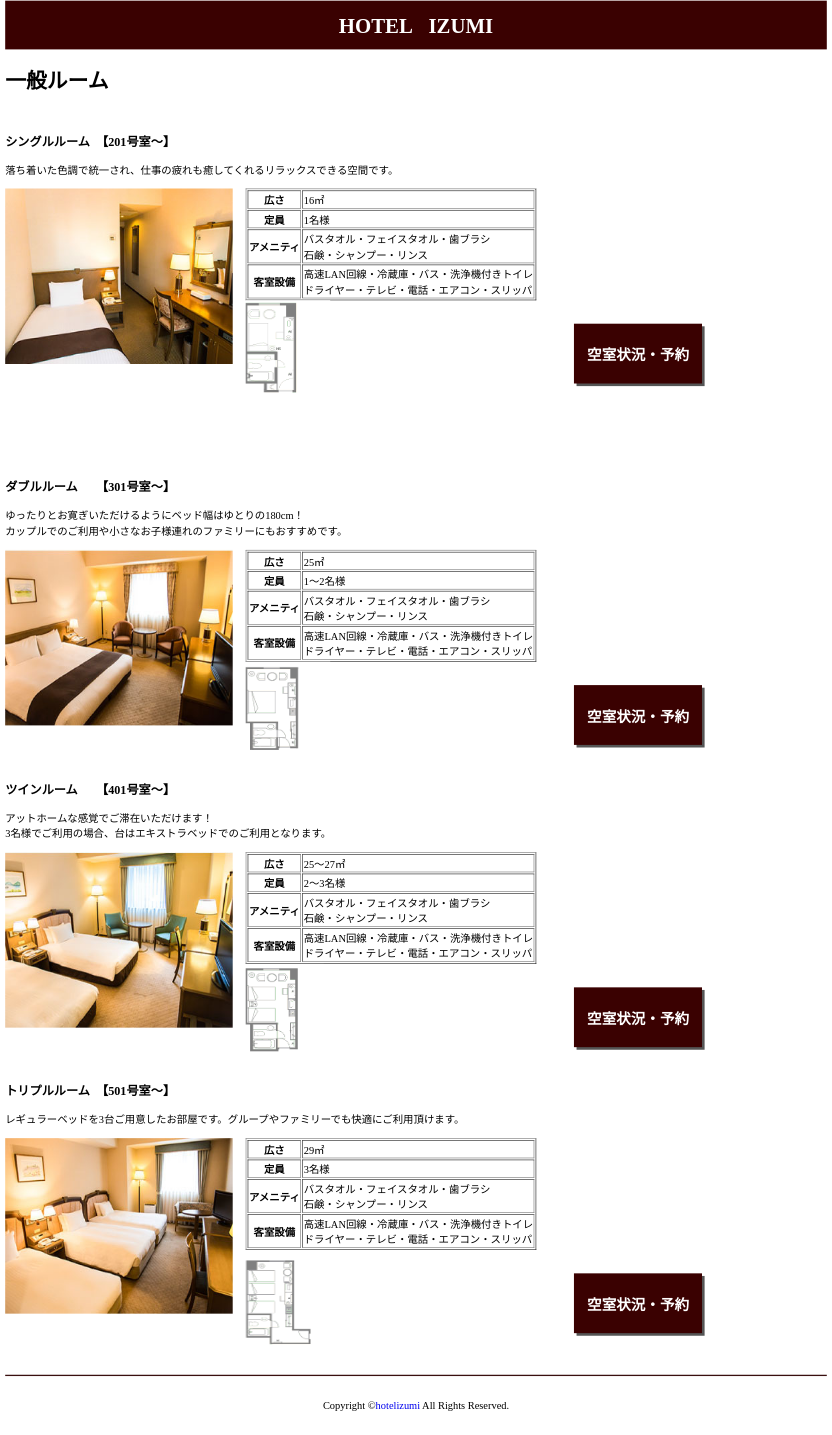
Repository: sep-dev/hotel_site
Page: http://localhost/HOTEL_IZUMI/general
These files come from the project's save history. The page is drawn as it stood at one moment and after the next save; the edit follows.
The browser window is 1280 px wide. The pictures show the whole page, at 65% of full size.
The page is served by Tomcat 9. Other server files are loaded and not shown.

Above is the page before, as saved 2016-05-25 06:16:06.

### HOTEL_IZUMI/src/main/webapp/WEB-INF/views/general.jsp
<!DOCTYPE html>
<%@ page language="java" contentType="text/html; charset=UTF-8" pageEncoding="UTF-8"%>
<%@ taglib prefix="form" uri="http://www.springframework.org/tags/form" %>
<!--  http://www.aspen-hotel.co.jp/room/ を参考   -->
<html>
  <head>
    <meta http-equiv="Content-Type" content="text/html; charset=Shift_JIS">
    <title>客室のご案内</title>
    <style type="text/css">
      div.example img {
        margin: 0px 20px 0px 0px;
      }
      <%@include file="../css/style.css" %>
    </style>
  </head>
  <body>
   <form>
    <div id="header">
      <div id="header h1"><h1><a HREF="http://localhost:8080/Izumi/top" STYLE="text-decoration:none"><font color="#FFFFFF">HOTEL&nbsp;&nbsp;&nbsp;IZUMI</font></a></h1></div>
    </div>


      <h1>一般ルーム</h1><br>
      <h3>シングルルーム　【201号室～】</h3>
      落ち着いた色調で統一され、仕事の疲れも癒してくれるリラックスできる空間です。<br><br>
      <div class="example">
        <img src="./resources/picture/ph01.jpg" alt="サンプル図" width="350" height="270"  align="left" >
      </div>
      <table border="1" >
        <tr>
          <th>広さ</th>
          <td>16㎡</td>
        </tr>
        <tr>
          <th>定員</th>
          <td>1名様</td>
        </tr>
        <tr>
          <th rowspan="2">アメニティ</th>
          <td rowspan="2">バスタオル・フェイスタオル・歯ブラシ<br>石鹸・シャンプー・リンス</td>
        </tr>
        <tr>
        </tr>
        <tr>
          <th rowspan="2">客室設備</th>
          <td rowspan="2">高速LAN回線・冷蔵庫・バス・洗浄機付きトイレ<br>ドライヤー・テレビ・電話・エアコン・スリッパ</td>
        </tr>
        <tr>
        </tr>
      </table>

      <img src="./resources/picture/ph01_shw1.png" alt="間取り図" width="130" height="146" align="left" ><br><br>

      <button class="button2" type="submit" style="position: absolute; right: 200px;">空室状況・予約</button>
      <br clear="all">
      <br><br><br><br><br><br>

      <h3>ダブルルーム　　【301号室～】</h3>
      ゆったりとお寛ぎいただけるようにベッド幅はゆとりの180cm！<br>カップルでのご利用や小さなお子様連れのファミリーにもおすすめです。<br><br>
      <div class="example">
        <img src="./resources/picture/ph04.jpg" alt="サンプル図" width="350" height="270"  align="left" >
      </div>
      <table border="1" >
        <tr>
          <th>広さ</th>
          <td>25㎡</td>
        </tr>
        <tr>
          <th>定員</th>
          <td>1～2名様</td>
        </tr>
        <tr>
          <th rowspan="2">アメニティ</th>
          <td rowspan="2">バスタオル・フェイスタオル・歯ブラシ<br>石鹸・シャンプー・リンス</td>
        </tr>
        <tr>
        </tr>
        <tr>
          <th rowspan="2">客室設備</th>
          <td rowspan="2">高速LAN回線・冷蔵庫・バス・洗浄機付きトイレ<br>ドライヤー・テレビ・電話・エアコン・スリッパ</td>
        </tr>
         <tr>
         </tr>
       </table>

       <img src="./resources/picture/ph04_shw1.png" alt="間取り図" width="130" height="146" align="left" ><br><br>

       <button class="button2" type="submit" style="position: absolute; right: 200px;">空室状況・予約</button><br><br><br><br><br><br><br>

       <h3>ツインルーム　　【401号室～】</h3>
       アットホームな感覚でご滞在いただけます！<br>3名様でご利用の場合、台はエキストラベッドでのご利用となります。<br><br>

       <div class="example">
         <img src="./resources/picture/ph06.jpg" alt="サンプル図" width="350" height="270"  align="left" >
       </div>
       <table border="1" >
         <tr>
           <th>広さ</th>
           <td>25～27㎡</td>
         </tr>
         <tr>
           <th>定員</th>
           <td>2～3名様</td>
         </tr>
         <tr>
            <th rowspan="2">アメニティ</th>
            <td rowspan="2">バスタオル・フェイスタオル・歯ブラシ<br>石鹸・シャンプー・リンス</td>
          </tr>
          <tr>
          </tr>
          <tr>
            <th rowspan="2">客室設備</th>
            <td rowspan="2">高速LAN回線・冷蔵庫・バス・洗浄機付きトイレ<br>ドライヤー・テレビ・電話・エアコン・スリッパ</td>
           </tr>
           <tr>
         </tr>
       </table>

        <img src="./resources/picture/ph06_shw1.png" alt="間取り図" width="120" height="146" align="left" >
        <br><br>

        <button class="button2" type="submit" style="position: absolute; right: 200px;">空室状況・予約</button><br><br><br><br><br><br><br>

        <h3>トリプルルーム　【501号室～】</h3>
        レギュラーベッドを3台ご用意したお部屋です。グループやファミリーでも快適にご利用頂けます。<br><br>
        <div class="example">
          <img src="./resources/picture/ph07.jpg" alt="サンプル図" width="350" height="270"  align="left" >
        </div>
        <table border="1" >
          <tr>
            <th>広さ</th>
            <td>29㎡</td>
          </tr>
          <tr>
            <th>定員</th>
            <td>3名様</td>
          </tr>
          <tr>
            <th rowspan="2">アメニティ</th>
            <td rowspan="2">バスタオル・フェイスタオル・歯ブラシ<br>石鹸・シャンプー・リンス</td>
          </tr>
          <tr>
          </tr>
          <tr>
            <th rowspan="2">客室設備</th>
            <td rowspan="2">高速LAN回線・冷蔵庫・バス・洗浄機付きトイレ<br>ドライヤー・テレビ・電話・エアコン・スリッパ</td>
          </tr>
          <tr>
          </tr>
        </table>

        <img src="./resources/picture/ph07_shw1.png" alt="間取り図" width="140" height="146" align="left" ><br><br>

        <button class="button2" type="submit" style="position: absolute; right: 200px;">空室状況・予約</button><br><br><br><br><br><br><br>


        <div id="footer">
          <p id="copyright">Copyright &copy;<a href="http://hotelizumi.com">hotelizumi</a> All Rights Reserved.</p>
        </div>
    </form>
  </body>
</html>

### HOTEL_IZUMI/src/main/webapp/WEB-INF/views/common/header.jsp
<%@ taglib uri="http://java.sun.com/jsp/jstl/core" prefix="c" %>
<%@ taglib prefix="form" uri="http://www.springframework.org/tags/form"%>
<%@page language="java" contentType="text/html; charset=UTF-8" pageEncoding="UTF-8"%>
<%@ page contentType="text/html; charset=UTF-8"%>

### HOTEL_IZUMI/src/main/webapp/WEB-INF/css/style.css
html{
    margin: 0;
    margin-top:-20px;
    padding: 0;
    width:100%;
    height:100%;
}
.top{
	display:block;
	margin-left:auto;
	margin-right:auto;
}

#contents {
    top : 0px;
    padding : 10px;
    margin : 10px;
    text-align : center;
}

#contents img{
    padding-bottom:10px;
}

#contents button {
    font-size: 1.4em;
    font-weight: bold;
    padding: 10px 30px;
    background-color: #200;
    color: #ffffff;
    border-style: none;
}

#table{
    border:0;
    background-color:#CCCCCC;
    font-size:24px;
    color:#666666;
    width:200px;
}

#table3{
    border:0;
    background-color:#CCCCCC;
    font-size:24px;
    color:#666666;
    width:200px;
}

/*--------calender----------*/
#Sunday{
    text-align:center;
    width:200;
    height:40;
    background-color:#C7D8ED;
    color:#FF3300;
    padding:15px;
}
#MonFri{
    text-align:center;
    width:200;
    background-color:#C7D8ED;
    color:#666666;
    padding:15px;
}
#Saturday{
    text-align:center;
    width:200;
    background-color:#C7D8ED;
    color:#666666;
    padding:15px;
}
#Saturday2{
    text-align:center;
    width:200;
    background-color:#A6C0E1;
    color:#666666;
}
#Sunday2{
    text-align:center;
    height:40;
    background-color:#FFCC99;
    color:#666666;
}
#Weekday{
    text-align:center;
    background-color:#FFFFFF;
    color:#666666;
    width:200;
}
#publicholiday{
    text-align:center;
    background-color:#FF3300;
    color:#FFFFFF;
}
#table2 tr td{
    border:0;
    font-size:24px;
    color:#666666;
    width:400px;
}
#float{
    float:left;
}
/* --------------------------------------*/

#header {
    top: 0px;
    left: 0px;
    height: 75px;
    margin-right: auto;
    margin-left: auto;
    text-align : center;
    background-color : #3A0101;

}
#header h1{
    padding-top: 20px;
    font-family: 'Times New Roman', Times, serif;
 	color:#ffffff;
}


#top{
    font-size: 200%;
}

#oneset{
	padding-top: 10px;
	padding-bottom: 10px;

	border-width: thick;
	border-color: #999AAA;
	border-style: ridge;
}
#name
{
    text-align: center;
	font-size: 150%;
    font-family: 'Segoe UI', Tahoma, Geneva, Verdana, sans-serif;
    font-weight: bold;
    background-color: #999AAA;
    font-family: 'Times New Roman', Times, serif;

}
#message{
	color: #000000;
    padding-left: 300px;
	font-size: 150%;

	text-align: left; margin-left: 100px; margin-right: 0px; width: 1000px;
}


/*---------入力フォーム----------*/

#reservation{

    padding-top: 20px;
    margin-bottom:50px;
    font-family: 'Times New Roman', Times, serif;
 	color:#000000;
}

#form{
    margin-top:30px

}


button.button2 {
    float:right;
    font-size: 1.4em;
    font-weight: bold;
    padding: 30px 20px;
    background-color: #3A0101;
    color: #ffffff;
    border-style: none;
    font-family: 'Times New Roman', Times, serif;
    box-shadow:4px 4px #555;
}

/*
footer ------------------------------------------------------*/

#footer {
    margin-top:30px;
    border-top:2px solid #3A1010;
    padding-top:20px;
    padding-bottom:20px;
}

#footer p{
    text-align:center;
}
#footer p a{
    text-decoration: none;
}
#footborder hr{
    border-color:#3A1010;
    border-width:1px;
}

After the next save:
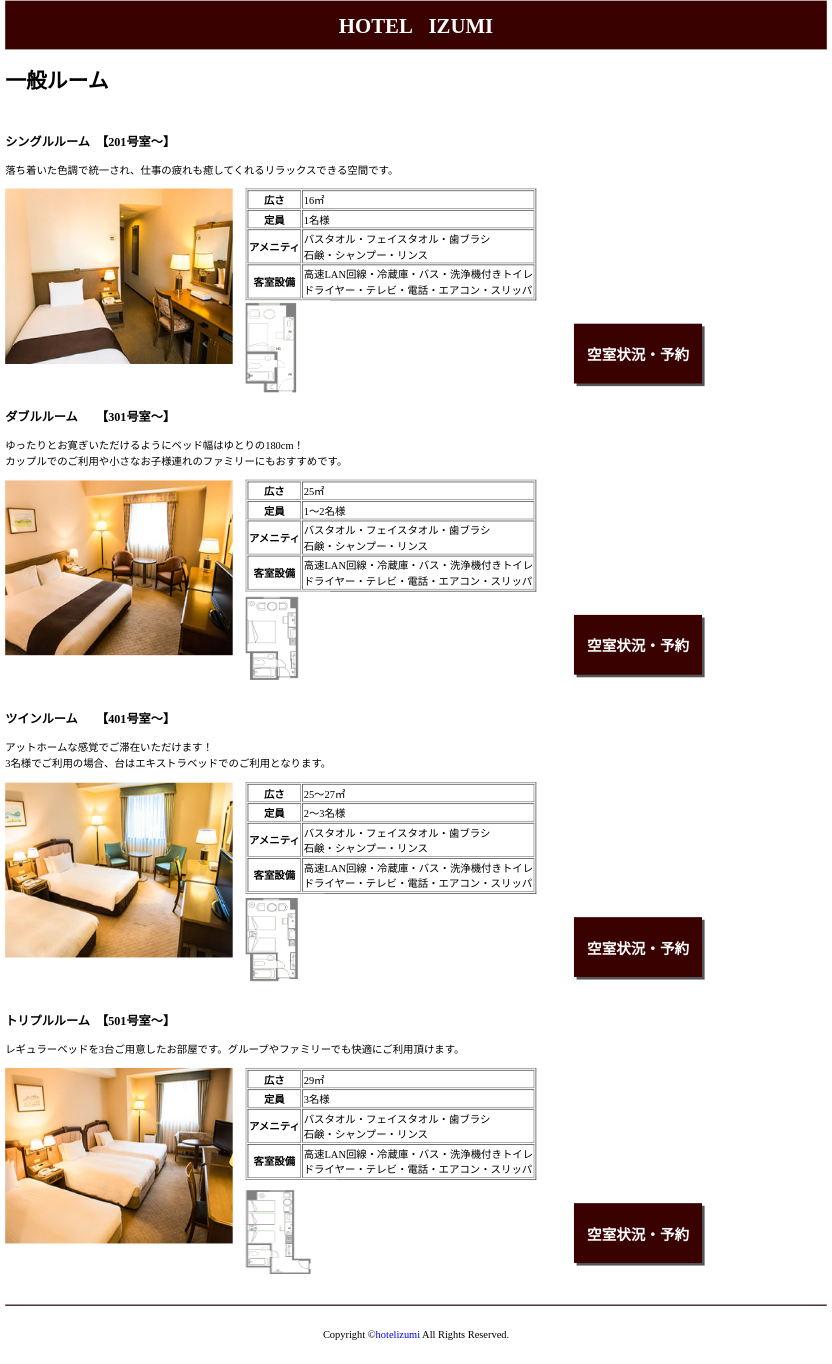
Saved 9 s later.
--- a/HOTEL_IZUMI/src/main/webapp/WEB-INF/views/general.jsp
+++ b/HOTEL_IZUMI/src/main/webapp/WEB-INF/views/general.jsp
@@ -53,7 +53,7 @@
 
       <button class="button2" type="submit" style="position: absolute; right: 200px;">空室状況・予約</button>
       <br clear="all">
-      <br><br><br><br><br><br>
+
 
       <h3>ダブルルーム　　【301号室～】</h3>
       ゆったりとお寛ぎいただけるようにベッド幅はゆとりの180cm！<br>カップルでのご利用や小さなお子様連れのファミリーにもおすすめです。<br><br>
